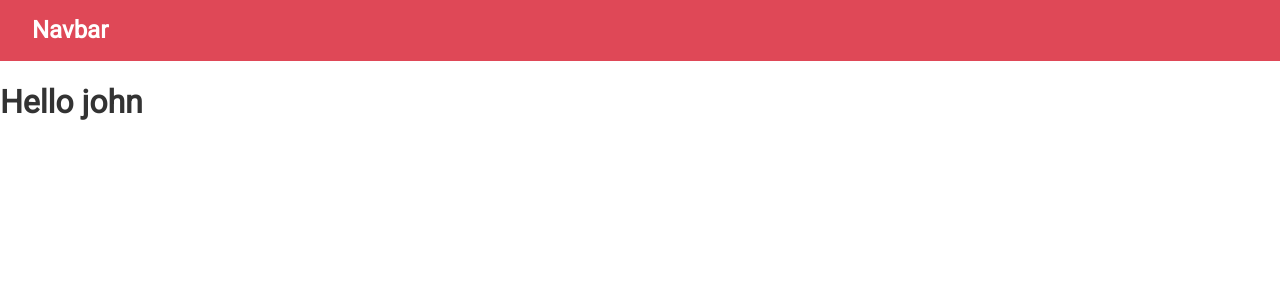
Repository: guicattani/fluffy-tribble-finder
Page: /
The author's editor kept a copy of each file at every save. The page is drawn from the files as they stood at one save, then again after the next save.
The browser window is 1280 px wide. The pictures show the whole page.
The project was rebuilt for these pictures with package versions that can differ from the ones it lists, and the page was loaded fresh each time.

Above is the page before, as saved 2020-02-26 15:44:51.

### public/index.html
<!DOCTYPE html>
<html lang="en">
  <head>
    <meta charset="utf-8" />
    <link rel="icon" href="%PUBLIC_URL%/favicon.ico" />
  <link rel="stylesheet" href="https://stackpath.bootstrapcdn.com/font-awesome/4.7.0/css/font-awesome.min.css"/>

    <meta name="viewport" content="width=device-width, initial-scale=1" />
    <meta name="theme-color" content="#000000" />
    <meta
      name="description"
      content="Web site created using create-react-app"
    />
    <link rel="apple-touch-icon" href="%PUBLIC_URL%/logo192.png" />
    <!--
      manifest.json provides metadata used when your web app is installed on a
      user's mobile device or desktop. See https://developers.google.com/web/fundamentals/web-app-manifest/
    -->
    <link rel="manifest" href="%PUBLIC_URL%/manifest.json" />
    <!--
      Notice the use of %PUBLIC_URL% in the tags above.
      It will be replaced with the URL of the `public` folder during the build.
      Only files inside the `public` folder can be referenced from the HTML.

      Unlike "/favicon.ico" or "favicon.ico", "%PUBLIC_URL%/favicon.ico" will
      work correctly both with client-side routing and a non-root public URL.
      Learn how to configure a non-root public URL by running `npm run build`.
    -->
    <title>React App</title>
  </head>
  <body>
    <noscript>You need to enable JavaScript to run this app.</noscript>
    <div id="root"></div>
    <!--
      This HTML file is a template.
      If you open it directly in the browser, you will see an empty page.

      You can add webfonts, meta tags, or analytics to this file.
      The build step will place the bundled scripts into the <body> tag.

      To begin the development, run `npm start` or `yarn start`.
      To create a production bundle, use `npm run build` or `yarn build`.
    -->
  </body>
</html>

### src/App.js
import React, { Component } from "react";
import Navbar from './components/layout/Navbar.js'
import "./App.css";

class App extends Component {
  render() {
    const name = "john";

    return (
      <div className="App">
        <Navbar />
        <h1>Hello {name} </h1>
      </div>
    );
  }
}

export default App;

### src/components/layout/Navbar.js
import React, { Component } from 'react'
export class Navbar extends Component {
  render() {
    return (
      <nav className="navbar bg-primary">
        <h1>Navbar</h1>
      </nav>
    )
  }
}

export default Navbar

Loaded but not shown: src/index.js (common file); src/App.css (common file)

After the next save:
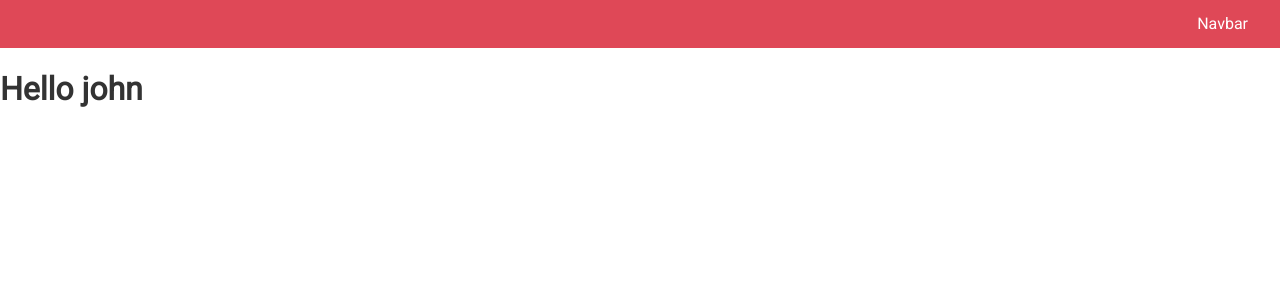
Saved 39 s later.
--- a/src/components/layout/Navbar.js
+++ b/src/components/layout/Navbar.js
@@ -3,7 +3,7 @@
   render() {
     return (
       <nav className="navbar bg-primary">
-        <h1>Navbar</h1>
+        <i className='fab fa-github'/> Navbar
       </nav>
     )
   }
